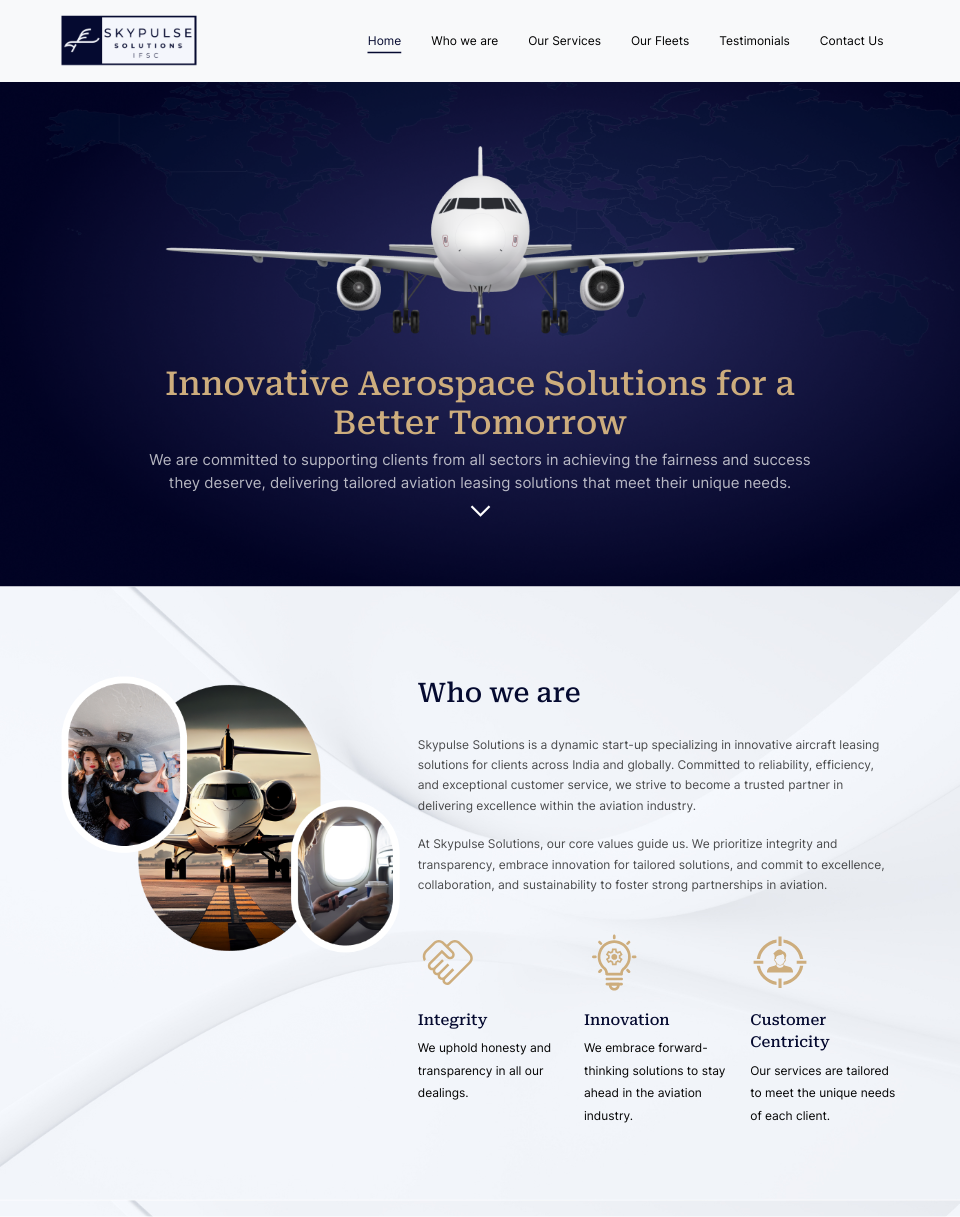
Repository: mangalravi/SkyPulse
Page: index.html
These files come from the project's save history. The page is drawn as it stood at one moment and after a run of saves; the edit follows.
The browser window is 1280 px wide. The pictures show the whole page, at 75% of full size.

Above is the page before, as saved 2024-12-30 10:41:37.

After the next 2 saves:
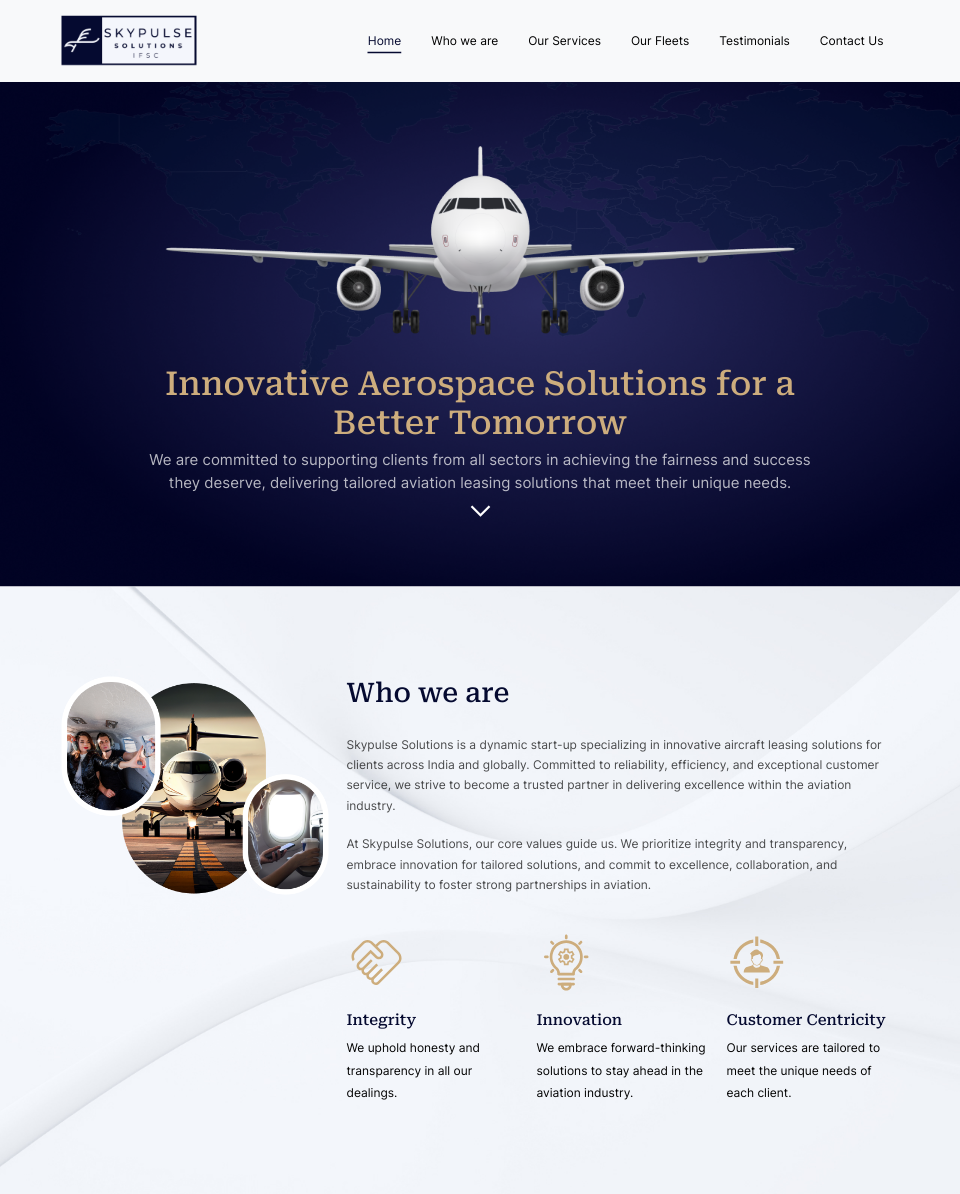
The 2 saves are shown as one change because they came seconds apart.
The last was saved 50 s later.
--- a/index.html
+++ b/index.html
@@ -76,10 +76,10 @@
    <section class="who-we-are" style="background:url(content/images/who-we-are-bg.jpg)">
     <div class="container">
       <div class="row justify-content-center gx-4">
-        <div class="col-md-5">
+        <div class="col-md-4">
 <img src="content/images/who-we-are.png" alt="who">
           </div>
-        <div class="col-md-7">
+        <div class="col-md-8">
 <h2 class="sec-head ">Who we are</h2>
 <p class="sec-para mb-4">Skypulse Solutions is a
   dynamic start-up specializing in innovative aircraft leasing solutions
